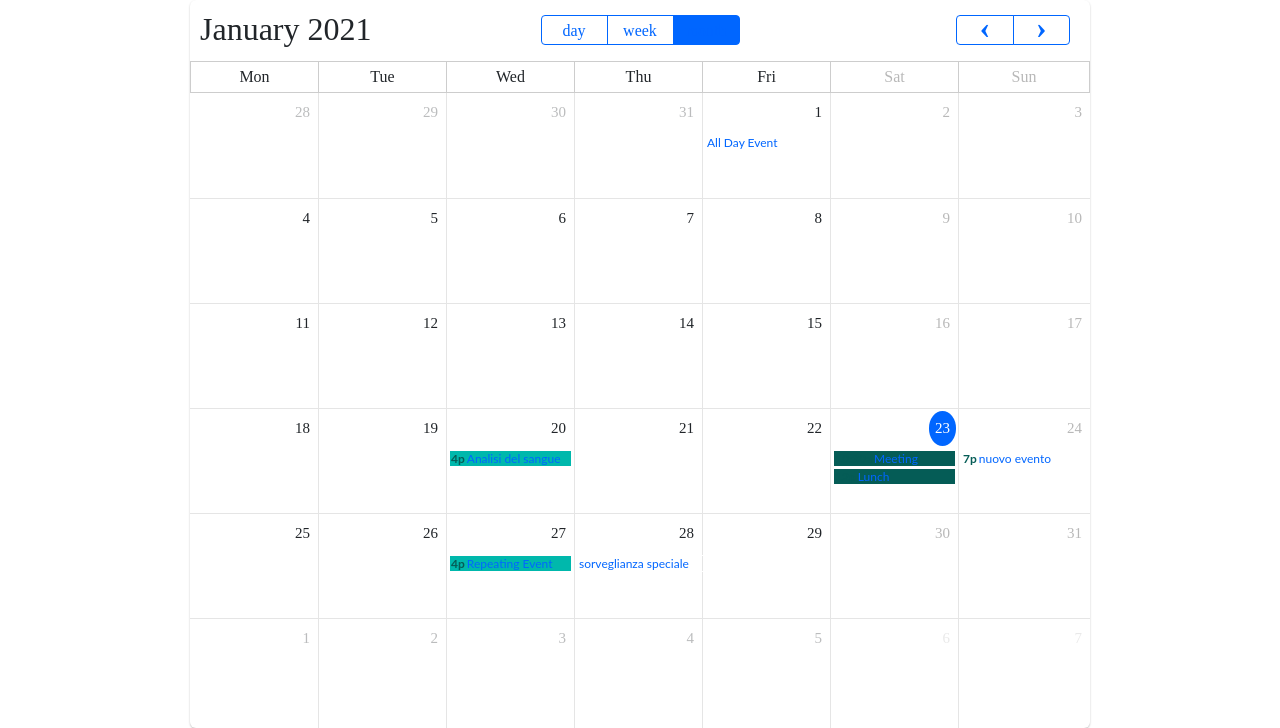
Repository: mohole/icare
Page: sviluppo/calendar/calendar.html
These files come from the project's save history. The page is drawn as it stood at one moment and after the next save; the edit follows.
The browser window is 1280 px wide. The pictures show the whole page.
Some web fonts or font styles are not loaded; a fallback is used.

Above is the page before, as saved 2021-01-25 10:38:29.

After the next save:
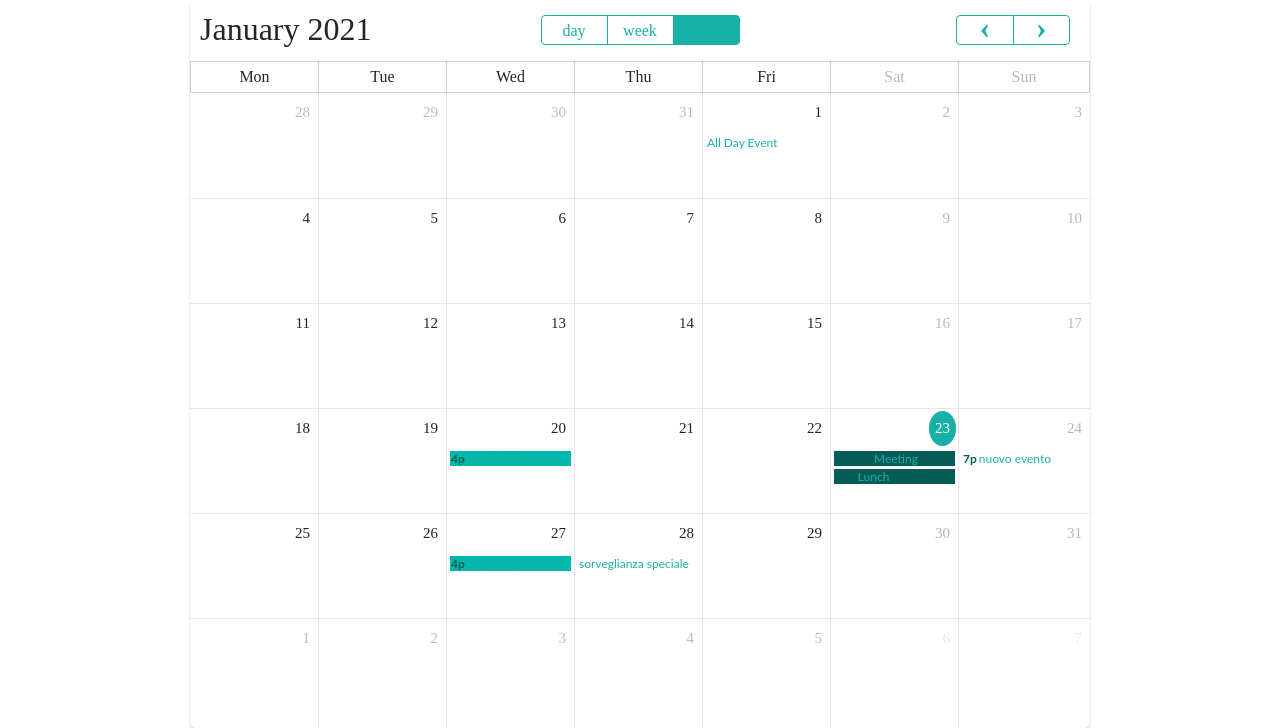
Saved 17 s later.
--- a/sviluppo/calendar/css/fullcalendar.css
+++ b/sviluppo/calendar/css/fullcalendar.css
@@ -1,7 +1,7 @@
 :root{
 	--nav-width: 92px;
 	/*===== Colores =====*/
-	--first-color:#0066FF;
+	--first-color:#18B1A8;
 		--event-color: #055c56;
 	--sub-color: #18B1A8;
 	--event-color2: #00b8ac;
